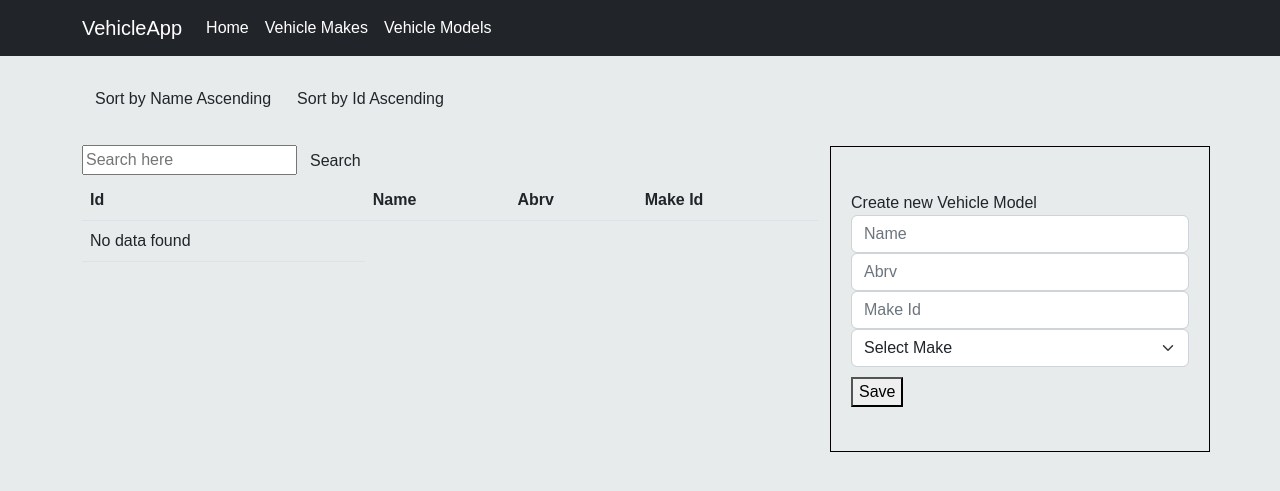
Repository: magdalenarajic/VehicleFrontend
Page: /Models
An editor plug-in stored every save of this project. The page is shown before and after the next save, followed by the edit.
The browser window is 1280 px wide. The pictures show the whole page.
The page's requests for data from a server got no answer. The project was rebuilt for these pictures with package versions that can differ from the ones it lists, and the page was loaded fresh each time. No one was signed in, and anything a server would have sent is missing. Also part of the build but not shown: src/components/Home.js, src/components/VehicleMake.js.

Above is the page before, as saved 2023-03-11 13:03:07.

After the next save:
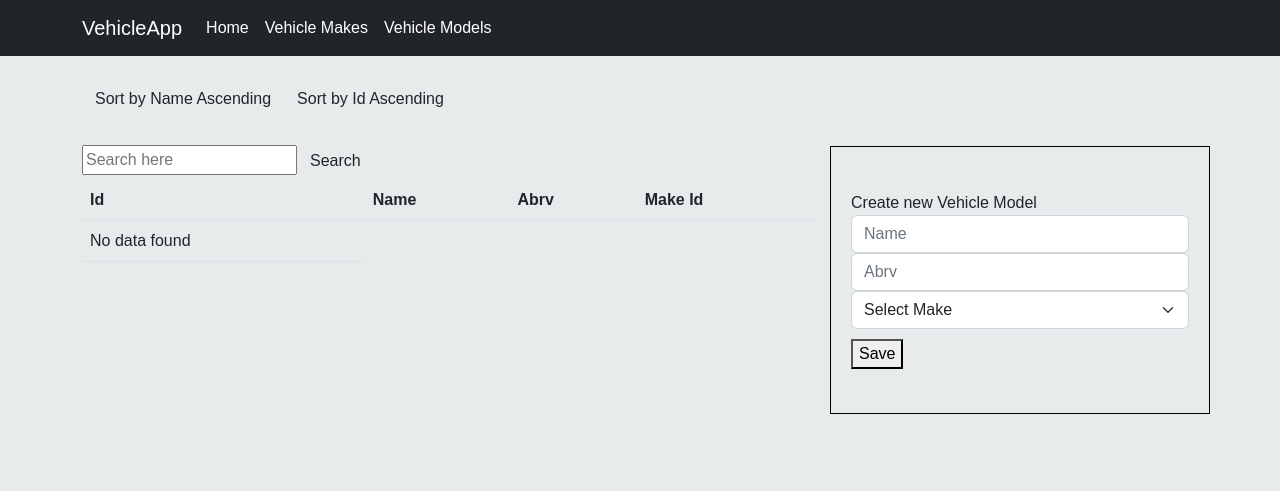
Saved 27 s later.
--- a/src/components/VehicleModel.js
+++ b/src/components/VehicleModel.js
@@ -193,13 +193,7 @@ const ModelList = () => {
                   onChange={(e) => setAbrv(e.target.value)}
                   required
                 ></input>
-                <input
-                  type={"text"}
-                  className="form-control"
-                  placeholder="Make Id"
-                  value={makeId}
-                  onChange={(e) => setMakeId(e.target.value)}
-                ></input>
+
                 <Form.Select type={"text"} className="form-control">
                   <option>Select Make</option>
                   {makeStore.vehicleData && makeStore.vehicleData.length > 0 ? (
